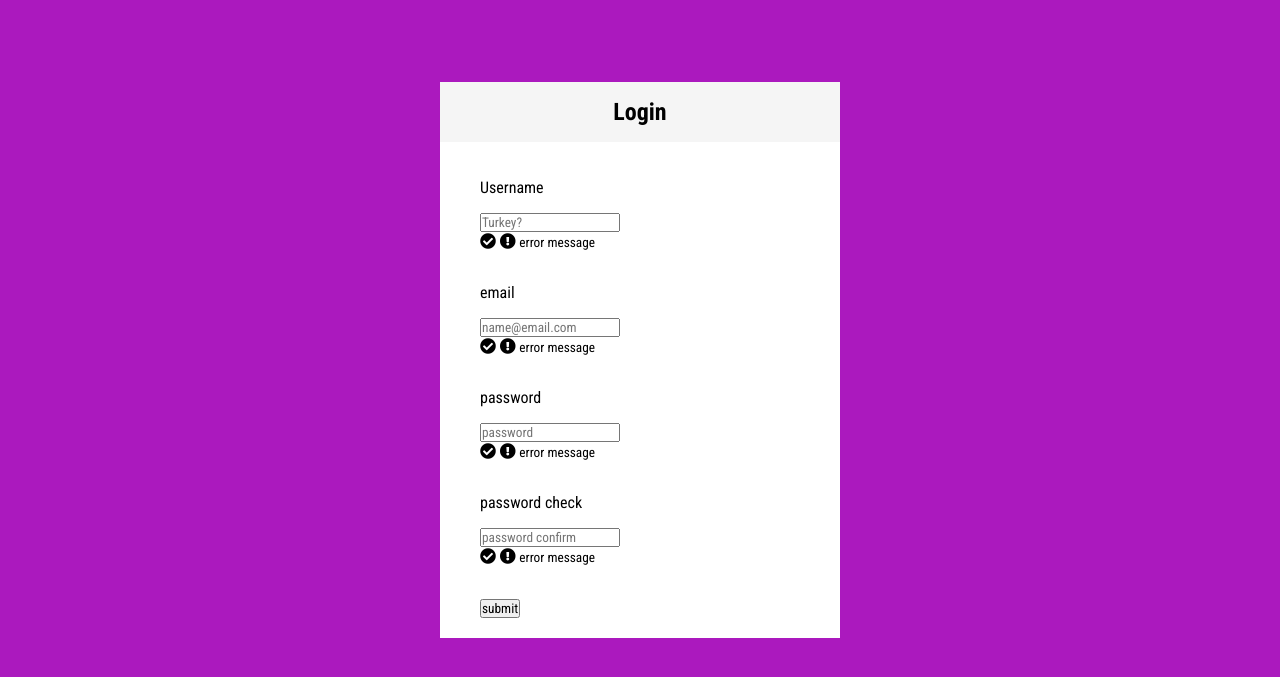
Repository: Abdoulrhman-altyeb/form-_validation-
Page: index.html
An editor plug-in stored every save of this project. The page is shown before and after the next save, followed by the edit.
The browser window is 1280 px wide. The pictures show the whole page.

Above is the page before, as saved 2021-05-23 20:47:33.

### index.html
<!DOCTYPE html>
<html lang="en">
<head>
    <meta charset="UTF-8">
    <meta http-equiv="X-UA-Compatible" content="IE=edge">
    <meta name="viewport" content="width=device-width, initial-scale=1.0">
    <link rel="stylesheet" href="style.css">
    <link rel="stylesheet" href="https://cdnjs.cloudflare.com/ajax/libs/font-awesome/5.15.3/css/all.min.css"
        integrity="sha512-iBBXm8fW90+nuLcSKlbmrPcLa0OT92xO1BIsZ+ywDWZCvqsWgccV3gFoRBv0z+8dLJgyAHIhR35VZc2oM/gI1w=="
        crossorigin="anonymous" referrerpolicy="no-referrer" />
    <script src="script.js" defer></script>
    <title>form validation</title>
</head>
<body>
    <div class="container">
        <div class="header">
            <h2>Login</h2>
        </div>
        <form class="form">
            <div class="form-control">
                <label for="username">Username</label>
                <input type="text" placeholder="Turkey?" id="username">
                <i class="fa fa-check-circle"></i>
                <i class="fa fa-exclamation-circle"></i>
                <small>error message</small>
            </div>
            <div class="form-control">
                <label for="email">email</label>
                <input type="email" placeholder="name@email.com" id="email">
                <i class="fa fa-check-circle"></i>
                <i class="fa fa-exclamation-circle"></i>
                <small>error message</small>
            </div>
            <div class="form-control">
                <label for="password">password</label>
                <input type="password" placeholder="password" id="password">
                <i class="fa fa-check-circle"></i>
                <i class="fa fa-exclamation-circle"></i>
                <small>error message</small>
            </div>
            <div class="form-control">
                <label for="password2">password check</label>
                <input type="password" placeholder="password confirm" id="password2">
                <i class="fa fa-check-circle"></i>
                <i class="fa fa-exclamation-circle"></i>
                <small>error message</small>
            </div>
            <button type="submit">submit</button>
        </form>
    </div>
</body>
</html>

### style.css
@import url('https://fonts.googleapis.com/css2?family=Roboto+Condensed:wght@400;700&display=swap');
*{
    padding:0;
    margin:0;
    box-sizing:border-box;
    font-family: 'Roboto Condensed', sans-serif;
}
body{
    display: flex;
    justify-content: center;
    align-items: center;
    min-height:100vh;
    background:rgb(171, 25, 190);
}
.container{
    background:white;
    width:400px;
    display: flex;
    flex-direction: column;
}
.header{
    text-align: center;
    padding:10px 40px;
    padding:1rem;
    background:whitesmoke;
    margin-bottom:1rem;
}
.form{
    padding:20px 40px;
}
.form-control{
    margin-bottom:1rem;
    padding-bottom:1rem;
}
.form-control label{
    display: inline-block;
    margin-bottom:1rem;
}
.form-control input{
    display: block;
}

Loaded but not shown: script.js (no copy from this time; the picture is the same without it)

After the next save:
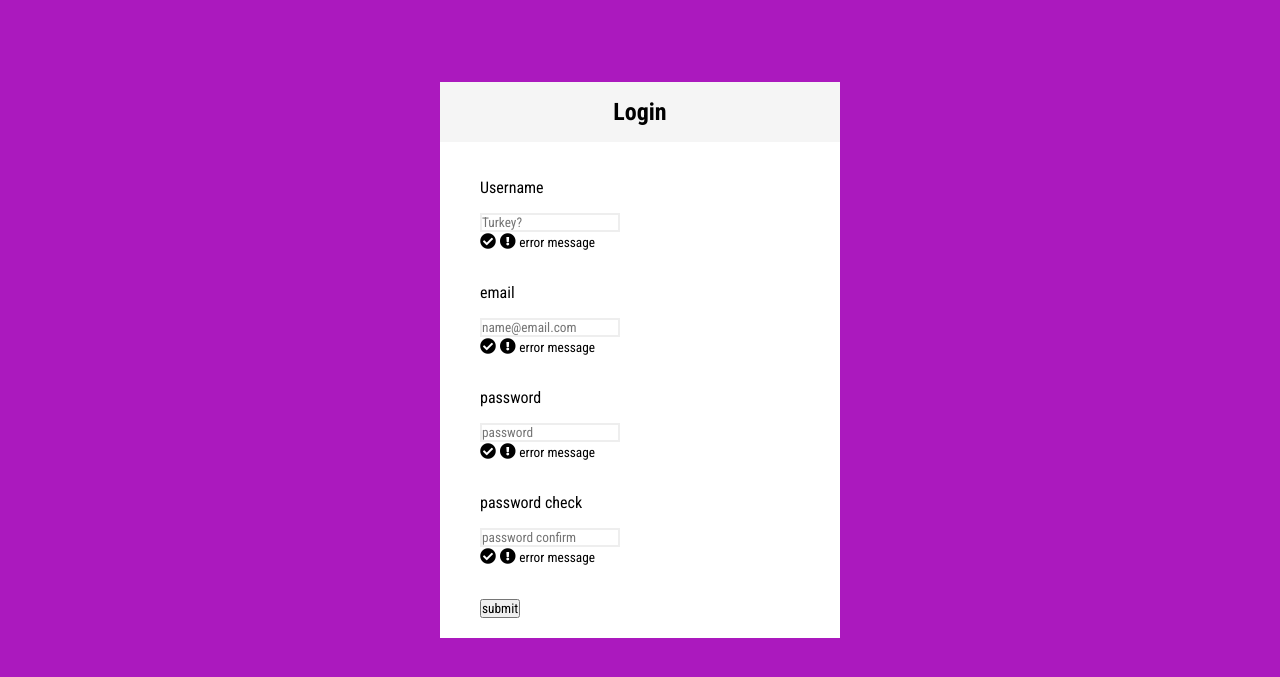
Saved 9 s later.
--- a/style.css
+++ b/style.css
@@ -38,4 +38,5 @@ body{
 }
 .form-control input{
     display: block;
+    border:2px solid #eee;
 }
